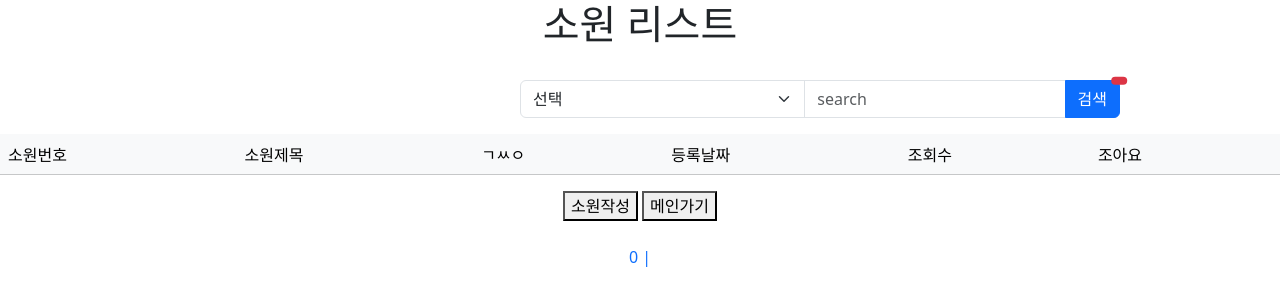
Repository: sujeong1799/JSP
Page: http://localhost/java_study/board/list.jsp
An editor plug-in stored every save of this project. The page is shown before and after the next save, followed by the edit.
The browser window is 1280 px wide. The pictures show the whole page.
The page is served by Tomcat 9. The template is opened directly, without the code that normally fills it, so the values that code supplies are empty.

Above is the page before, as saved 2023-05-24 07:23:11.

After the next save:
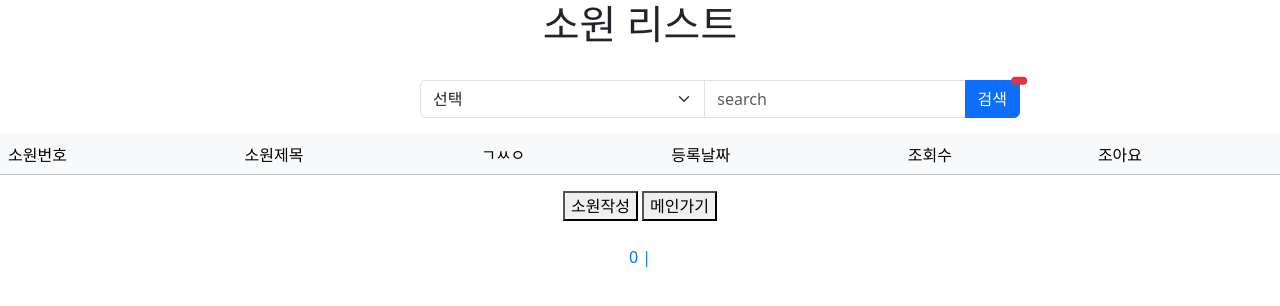
Saved 7 s later.
--- a/jsp_project4-1_과제/java_study/src/main/webapp/board/list.jsp
+++ b/jsp_project4-1_과제/java_study/src/main/webapp/board/list.jsp
@@ -16,7 +16,7 @@
 	<h1 align="center">소원 리스트</h1>
 	<br>
 	<!-- 검색라인 -->
-	<div class="col-sm-12 col-md-6" style="margin-left: 500px" align="center">
+	<div class="col-sm-12 col-md-6" style="margin-left: 400px" align="center">
 		<form action="/brd/page" method="post">
 			<div class="input-group mb-3" style="width: 600px">
 				<!-- var이름은 마음대로 설정해도 됨 -->
